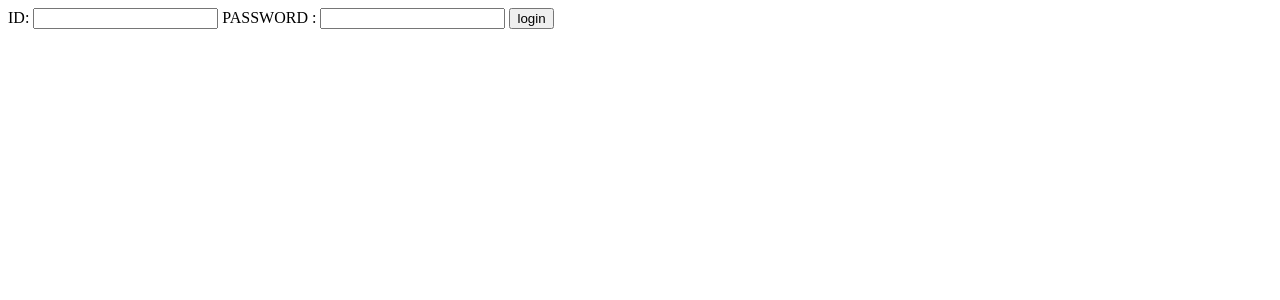
Repository: BellKim/javapractice_inf
Page: http://localhost/testPrj_servlet_3_cookie_session/logon_session.jsp
An editor plug-in stored every save of this project. The page is shown before and after the next save, followed by the edit.
The browser window is 1280 px wide. The pictures show the whole page.
The page is served by Tomcat 9.

Above is the page before, as saved 2019-03-01 09:25:21.

After the next save:
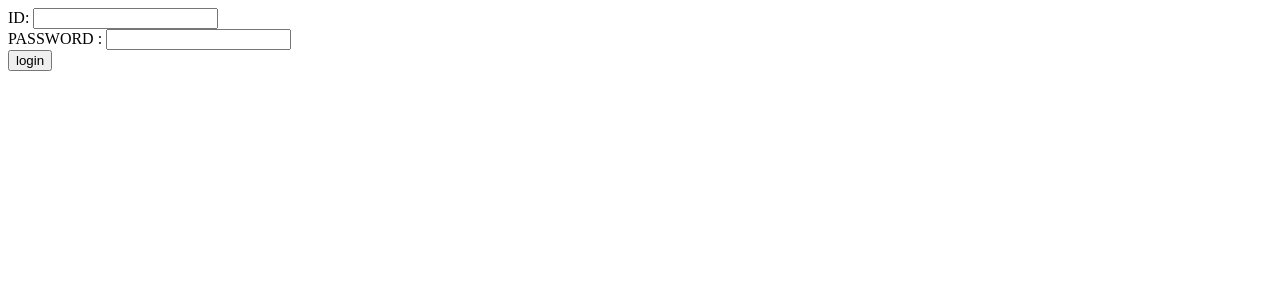
Saved 15 s later.
--- a/review_space/testPrj_servlet_3_cookie_session/WebContent/logon_session.jsp
+++ b/review_space/testPrj_servlet_3_cookie_session/WebContent/logon_session.jsp
@@ -8,8 +8,8 @@
 	</head>
 	<body>
 		<form action="loginCon_sesion" method="post">
-			ID: <input type="text" name="mID">
-			PASSWORD : <input type="password" name="mPW">
+			ID: <input type="text" name="mID"></br>
+			PASSWORD : <input type="password" name="mPW"></br>
 			<input type="submit" value="login">
 
 		</form>
